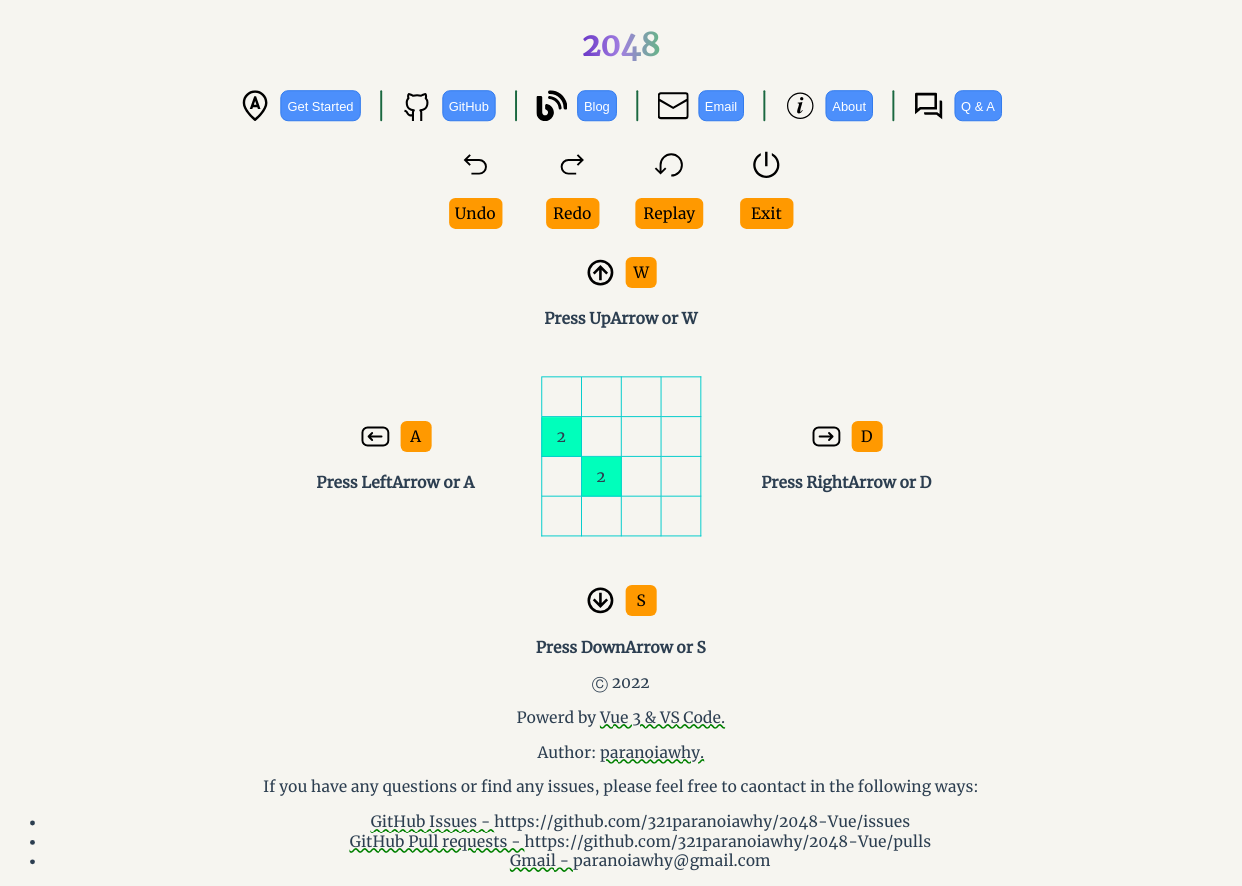
Repository: 321paranoiawhy/2048
Page: /
The author's editor kept a copy of each file at every save. The page is drawn from the files as they stood at one save, then again after the next save.
The browser window is 1280 px wide. The pictures show the whole page, at 97% of full size.
The project was rebuilt for these pictures with package versions that can differ from the ones it lists, and the page was loaded fresh each time. Also part of the build but not shown: vue.config.js.

Above is the page before, as saved 2022-04-28 10:17:24.

After the next save:
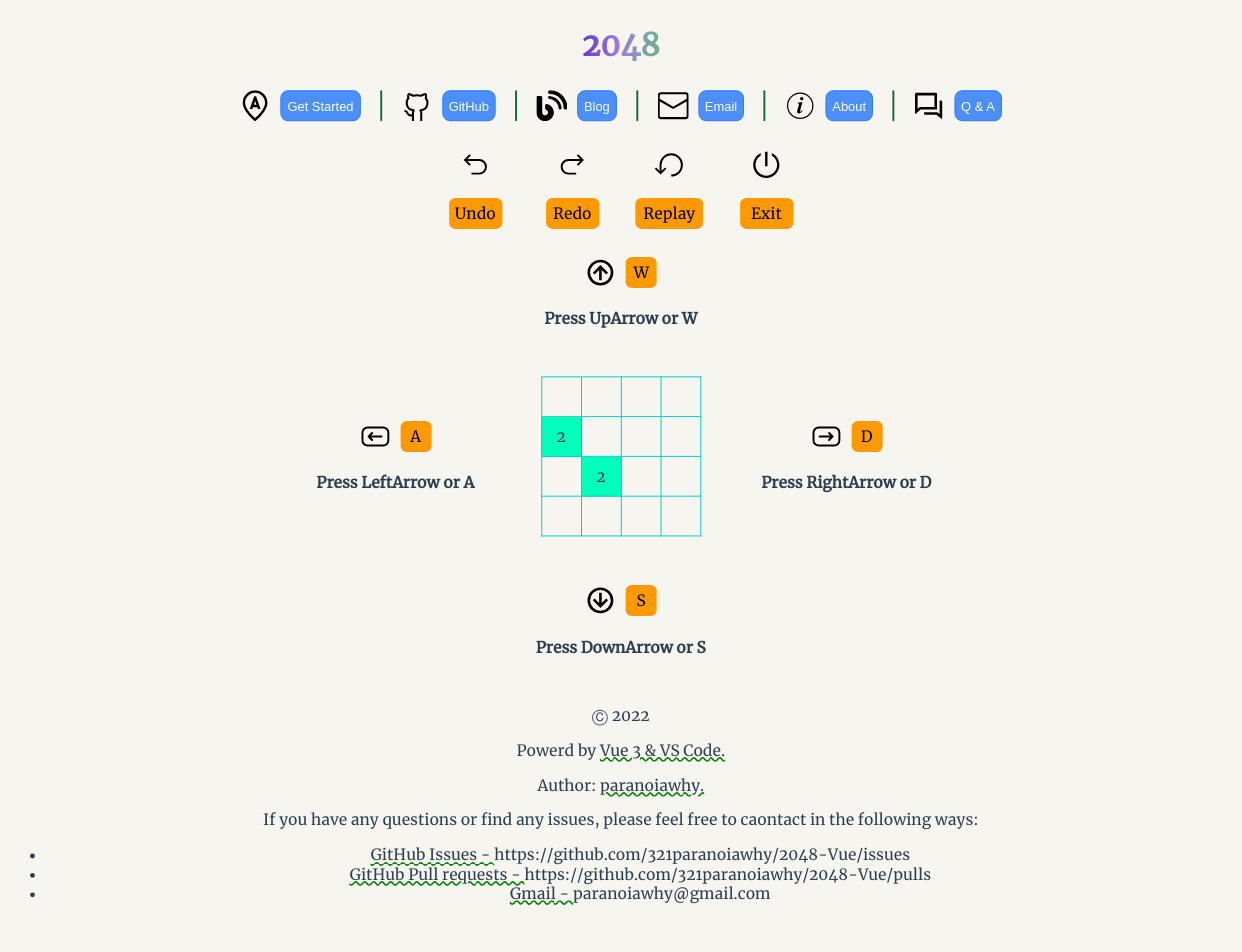
Saved 28 s later.
--- a/src/components/footer.vue
+++ b/src/components/footer.vue
@@ -36,4 +36,7 @@ export default {
 footer a {
     text-decoration: green wavy underline;
 }
+footer {
+    margin: 50px 0;
+}
 </style>
